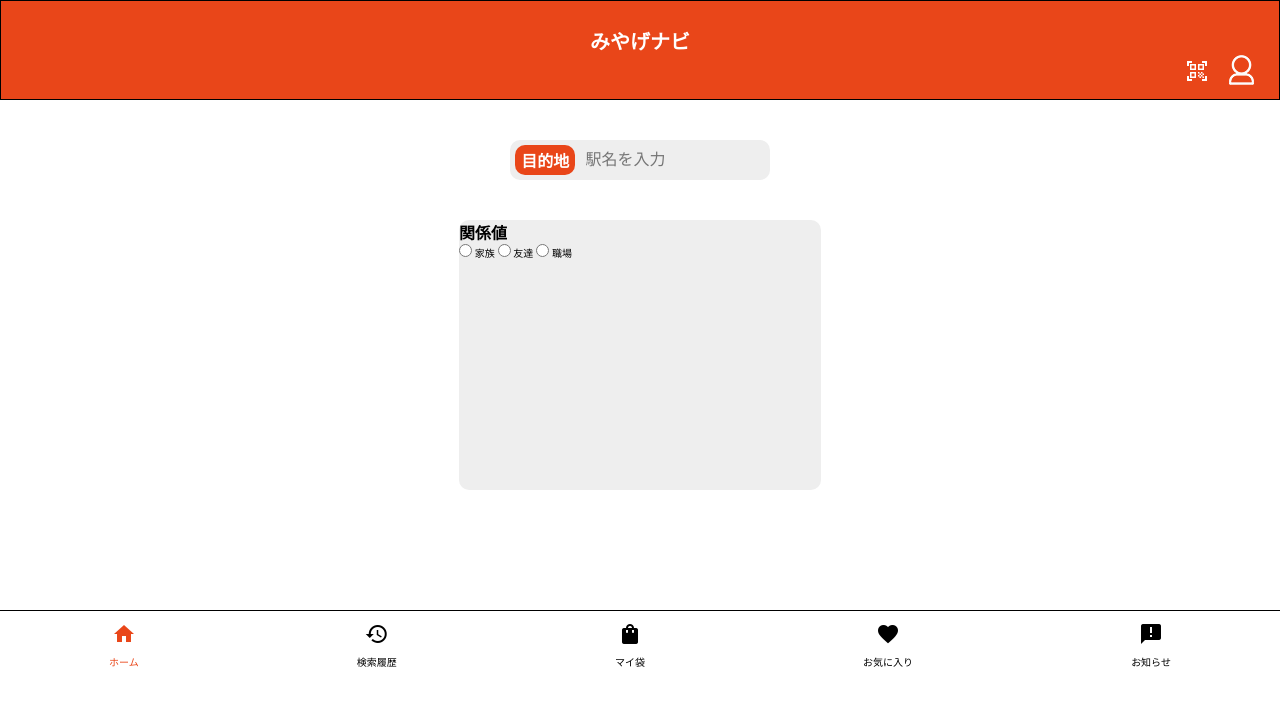
Repository: ama-ne2/miyage_nav
Page: index.html
The author's editor kept a copy of each file at every save. The page is drawn from the files as they stood at one save, then again after the next save.
The browser window is 1280 px wide. The pictures show the whole page.

Above is the page before, as saved 2026-02-06 17:27:20.

After the next save:
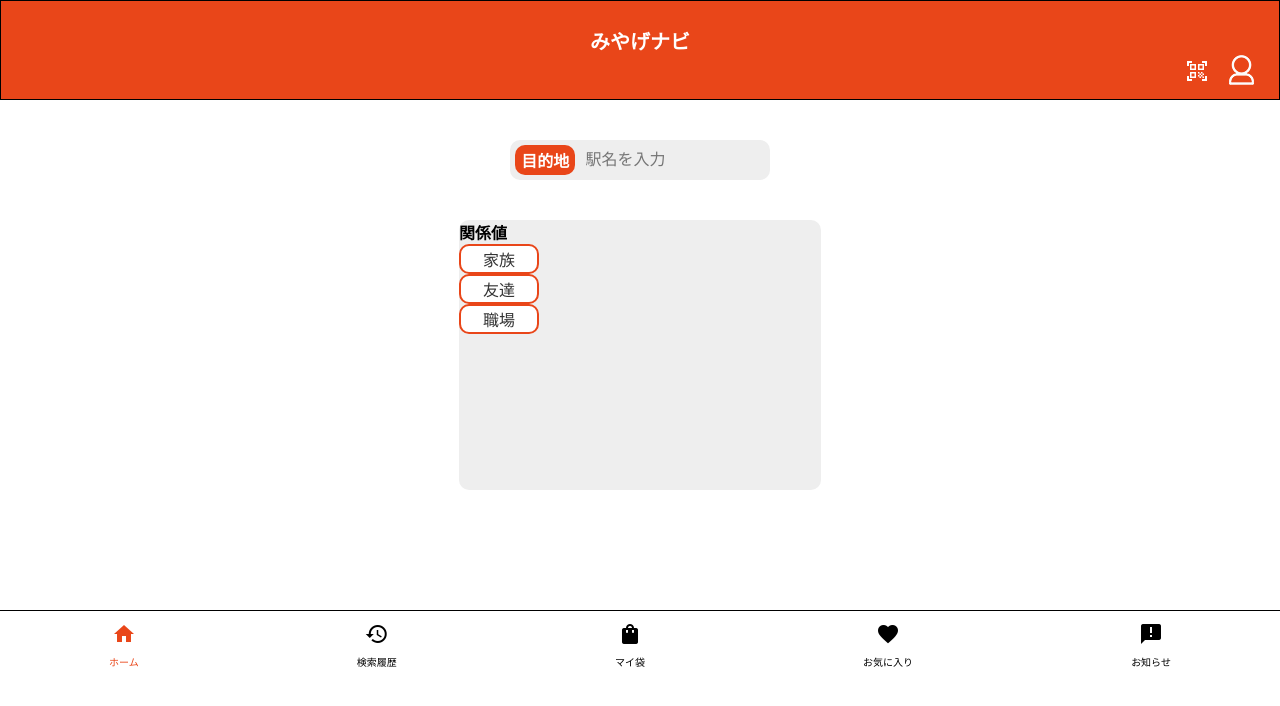
Saved 49 s later.
--- a/css/index.css
+++ b/css/index.css
@@ -43,4 +43,31 @@ main {
     h2{
         font-size: 1.6rem;
     }
+    /* ラジオボタンの丸を無くす */
+    input[type="radio"]{
+        background-color: tomato;
+        display: none;
+    }
+
+    /* ラジオボタンの見た目 */
+    input[type="radio"] + label{
+        color: #333;
+        background-color: #fff;
+        border: solid 2px #E94619;
+        display: flex;
+        justify-content: center;
+        align-items: center;
+        border-radius: 10px;
+        font-size: 1.6rem;
+        width: 80px;
+        height: 30px;
+        /* font-weight: bold; */
+        /* margin-left: 8px; */
+    }
+
+    /* ラジオボタンを押した時 */
+    input[type="radio"]:checked + label{
+        color: #fff;
+        background-color: #E94619;
+    }
 }
